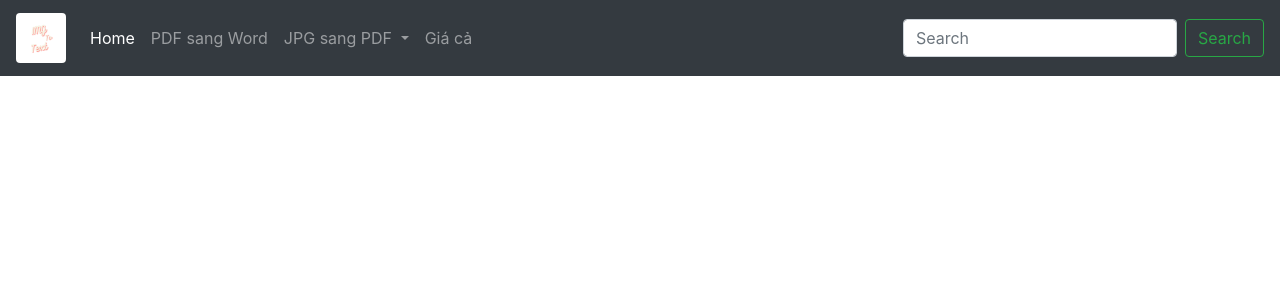
Repository: Tung1227/PBL6-2022
Page: index.html
An editor plug-in stored every save of this project. The page is shown before and after the next save, followed by the edit.
The browser window is 1280 px wide. The pictures show the whole page.

Above is the page before, as saved 2022-09-15 21:17:22.

After the next save:
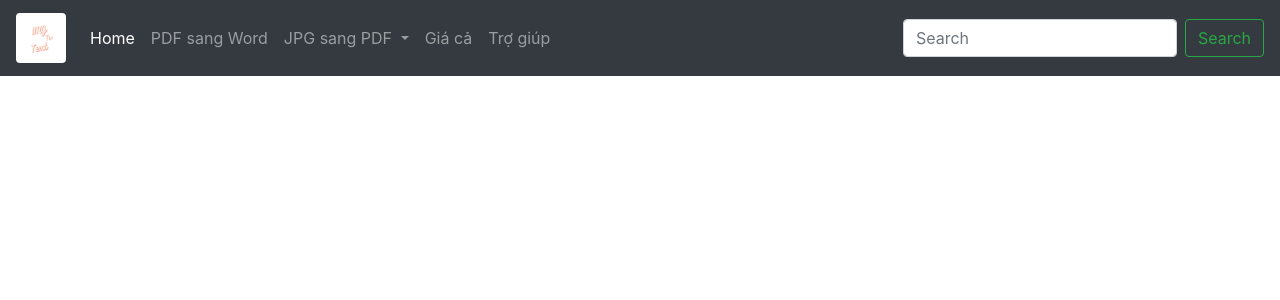
Saved 33 s later.
--- a/index.html
+++ b/index.html
@@ -45,6 +45,9 @@
                 <li class="nav-item">
                     <a class="nav-link" href="#">Giá cả</a>
                 </li>
+                <li class="nav-item">
+                    <a class="nav-link" href="#">Trợ giúp</a>
+                </li>
             </ul>
             <form class="form-inline my-2 my-lg-0">
                 <input class="form-control mr-sm-2" type="search" placeholder="Search" aria-label="Search">
